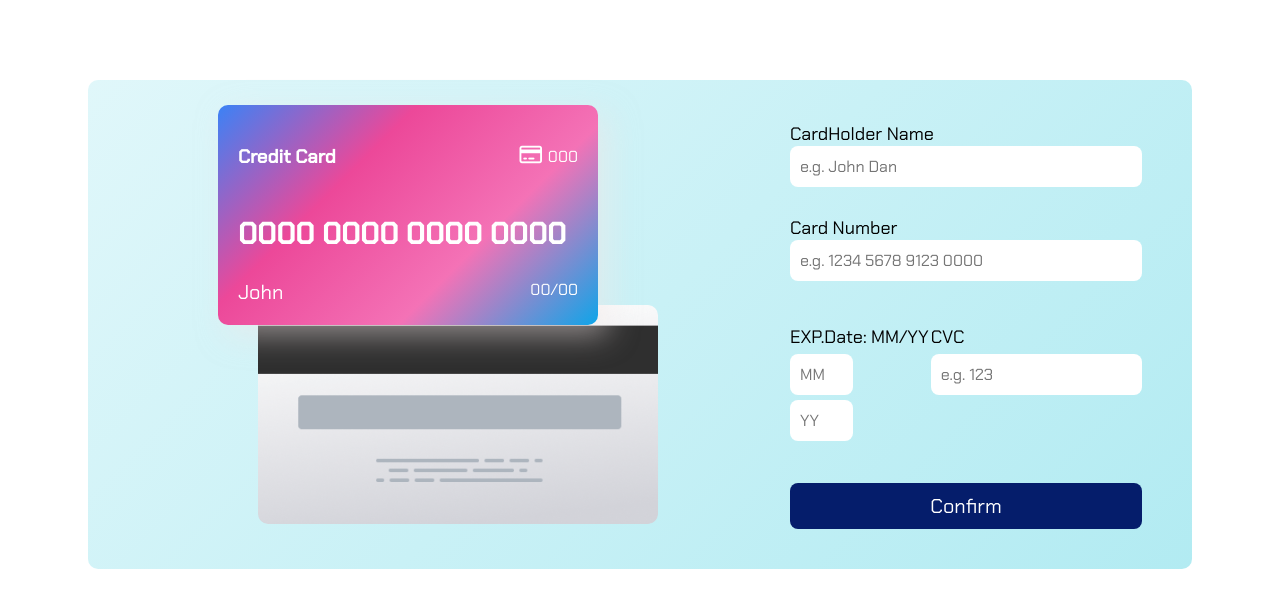
Repository: moehaymanmyint/Interactive-Card-Details-Form
Page: index.html
These files come from the project's save history. The page is drawn as it stood at one moment and after the next save; the edit follows.
The browser window is 1280 px wide. The pictures show the whole page.
Some web libraries are served in a nearby version.

Above is the page before, as saved 2024-10-18 22:23:58.

### index.html
<!DOCTYPE html>
<html lang="en">
<head>
    <meta charset="UTF-8">
    <meta name="viewport" content="width=device-width, initial-scale=1.0">
    <title>Interactive Card Details Form</title>
    <link rel="stylesheet" href="style.css">
    <link rel="stylesheet" href="https://cdnjs.cloudflare.com/ajax/libs/font-awesome/6.6.0/css/all.min.css" />
</head>
<body>
    <div class="container">
    <!-- Left Side -->
    <div class="left-container">
        <div class="front-card">
            <div class="header">
                <h3>Credit Card</h3>
                <div>
                    <i class="fa-regular fa-credit-card"></i>
                    <span style="margin-left: 2px;" class="cnv">000</span>
                </div>
            </div>
            <div class="number" style="text-align: justify; " >0000 0000 0000 0000</div>
            <div class="" style="display: flex; justify-content: space-between;">
                <span class="name">John</span>
                <span class="date">
                    <span class="date">00/00</span>
                </span>
            </div>
        </div>


        <div class="back-card">
            <img src="./img/bg-card-back.png" alt="">
        </div>
    </div>

    <!-- Right Side -->
    <div class="right-container">
        <form action="">
            <div class="card-name">
                <label for="">CardHolder Name</label><br>
                <input type="text" placeholder="e.g. John Dan" class="card-input" id="name-input">
                <span class="name-error">Required</span>
            </div>
            <div class="card-number">
                <label for="">Card Number</label><br>
                <input type="text" placeholder="e.g. 1234 5678 9123 0000" class="card-input" id="number-input" maxlength="16">
                <span class="number-error">Required</span>
            </div>
            <div class="card-info">
                <div class="" style="width: 40%;">
                    <label for="">EXP.Date: MM/YY</label><br>
                    <input type="text" placeholder="MM" class="card-date" id="month-input" maxlength="2">
                    <input type="text" placeholder="YY" class="card-date" id="year-input" maxlength="4">
                    <span class="date-error">Required</span>
                </div>
                <div class="cvc" style="width: 60%;">
                    <label for="">CVC</label><br>
                    <input type="text" placeholder="e.g. 123" class="card-cvc" maxlength="3" id="cnv-input">
                    <span class="cnv-error">Required</span>
                </div>
            </div>

            <div class="btn">
                <input type="submit" value="Confirm" class="confirm-btn">
            </div>
        </form>
    </div>
    </div>
</body>
<script src="app.js"></script>
</html>

### style.css
@import url('https://fonts.googleapis.com/css2?family=Chakra+Petch:wght@300;400;500&display=swap');

body{
    font-family: "Chakra Petch", sans-serif;
}
.container{
    display: flex;
    justify-content: center;
    margin: 80px;
    background: linear-gradient(135deg, #e0f7fa, #b2ebf2);
    border-radius: 10px;
}

.left-container,
.right-container {
    margin: 20px 50px;
    width: 50%;
}

.right-container{
    display: flex;
    align-items: center;
    font-size: 20px;
}

.front-card{
    background: linear-gradient(135deg, #3b82f6, #ec4899, #f472b6, #0ea5e9);
    box-shadow: 10px 10px 30px rgba(242, 230, 230, 0.5);
    color: white;
    padding: 20px;
    border-radius: 10px;
    height: 180px;
    width: 340px;
    margin: 5px 80px;
    display: flex;
    flex-direction: column;
    justify-content: space-between;
    z-index: 1;
    position: relative;
}

.header{
    display: flex;
    justify-content: space-between;
    align-items: center;
}

.header i{
    font-size: 20px;
}

.front-card .number{
    font-size: 30px;
    font-weight: bold;
}

.front-card .name{
    font-size: 20px;
}

.back-card img{
    width: 400px;
    margin: 20px 40px;
    margin-top: -25px;
    border-radius: 10px;
    margin-left: 120px;
    z-index: 0;
    position: relative;
}

.right-container div{
    margin: 15px 0;
}

.card-input {
    width: 100%;
    border: none;
    padding: 10px;
    border-radius: 8px;
    box-sizing: border-box;
}

.card-date {
    width: 45%;
    margin-top: 5px;
    margin-right: 5px;
    border: none;
    padding: 10px;
    border-radius: 8px;
    box-sizing: border-box;
}

.card-cvc {
    width: 100%;
    margin-top: 5px;
    border: none;
    padding: 10px;
    border-radius: 8px;
    box-sizing: border-box;
}

.confirm-btn {
    width: 100%;
    padding: 10px;
    border-radius: 8px;
    border: none;
    background-color: rgb(5, 29, 107);
    font-size: 20px;
    color: white;
    cursor: pointer;
}

.card-info {
    display: flex;
    justify-content: space-evenly;
}

label{
    font-size: 18px;
}
input{
    transition: 0.5s;
    font-size: 16px;
    font-family: "Chakra Petch", sans-serif;
}
input:focus{
    outline: none;
    box-shadow: 10px 10px 15px rgba(3, 19, 68, 0.3);
}

.card-name,
.card-number,
.card-info{
    padding-bottom: 12px;
}

.name-error,
.number-error,
.date-error,
.cnv-error{
    color: red;
    display: none;
    font-size: 15px;
}

### app.js
let cardName = document.querySelector(".name");
let cardNumber = document.querySelector(".number");
let cardDate = document.querySelector(".date");
let cardCNV = document.querySelector(".cnv");

let name = document.querySelector("#name-input");
let number = document.querySelector("#number-input");
let year = document.querySelector("#year-input");
let month = document.querySelector("#month-input");
let cnv = document.querySelector("#cnv-input")

let nameError = document.querySelector(".name-error");
let numberError = document.querySelector(".number-error");
let dateError = document.querySelector(".date-error");
let cnvError = document.querySelector(".cnv-error");

function getData(event) {
    event.preventDefault();
    let validAll = true;
    nameError.style.display = "none";
    numberError.style.display = "none";
    dateError.style.display = "none";
    cnvError.style.display = "none";

    // Validate name
    if (name.value.trim() === "") {
        nameError.style.display = "inline";
        validAll = false;
    }

    // Validate card number
    if (number.value === "") {
        numberError.style.display = "inline";
        validAll = false;
    } else if (isNaN(Number(number.value)) || number.value.length !== 16) {
        numberError.style.display = "inline";
        numberError.innerHTML = "Enter a valid 16-digit number";
        validAll = false;
    }

    // Validate month and year
    let current = new Date();
    let currentYear = current.getFullYear()
    if (month.value === "" || year.value === "") {
        dateError.style.display = "inline";
        validAll = false;
    }else if(month.value < 1 || month.value > 12 || isNaN(Number(month.value)) || isNaN(Number(year.value)) || year.value > currentYear){
        dateError.style.display = "inline";
        dateError.innerHTML = "Enter Correct Date*";
        validAll = false;
    }

    // Validate CNV
    if(cnv.value === ""){
        cnvError.style.display = "inline";
        validAll = false;
    } else if (isNaN(Number(cnv.value))) {
        cnvError.style.display = "inline";
        cnvError.innerHTML = "Enter a number";
        validAll = false;
    }

    if (validAll) {
        cardName.innerHTML = name.value;
        formatNumber = ""
        for(let i = 0; i < number.value.length; i++){
            if (i % 4 === 0) {
                formatNumber += ' ';
            }
            formatNumber += number.value[i];
        }
        cardNumber.innerHTML = formatNumber;

        if(month.value.length < 2){
            cardDate.innerHTML = "0" + month.value + "/" + year.value;
        } else {
            cardDate.innerHTML = month.value + "/" + year.value;
        }

        cardCNV.innerHTML = cnv.value;
    }
}

let confirmBtn = document.querySelector(".confirm-btn");
confirmBtn.addEventListener("click", getData);

After the next save:
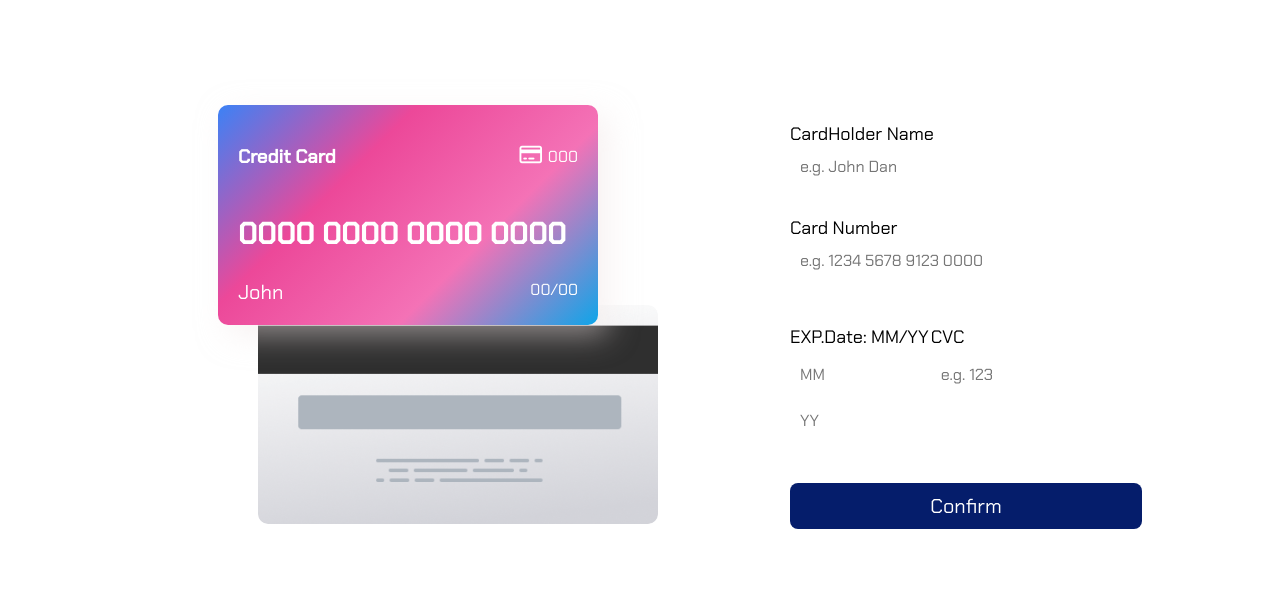
Saved 22 s later.
--- a/style.css
+++ b/style.css
@@ -7,7 +7,7 @@
     display: flex;
     justify-content: center;
     margin: 80px;
-    background: linear-gradient(135deg, #e0f7fa, #b2ebf2);
+    background: linear-gradient(135deg, #e0f7fa, #b2ebf2, 0.5);
     border-radius: 10px;
 }
 

After the 2 saves that followed:
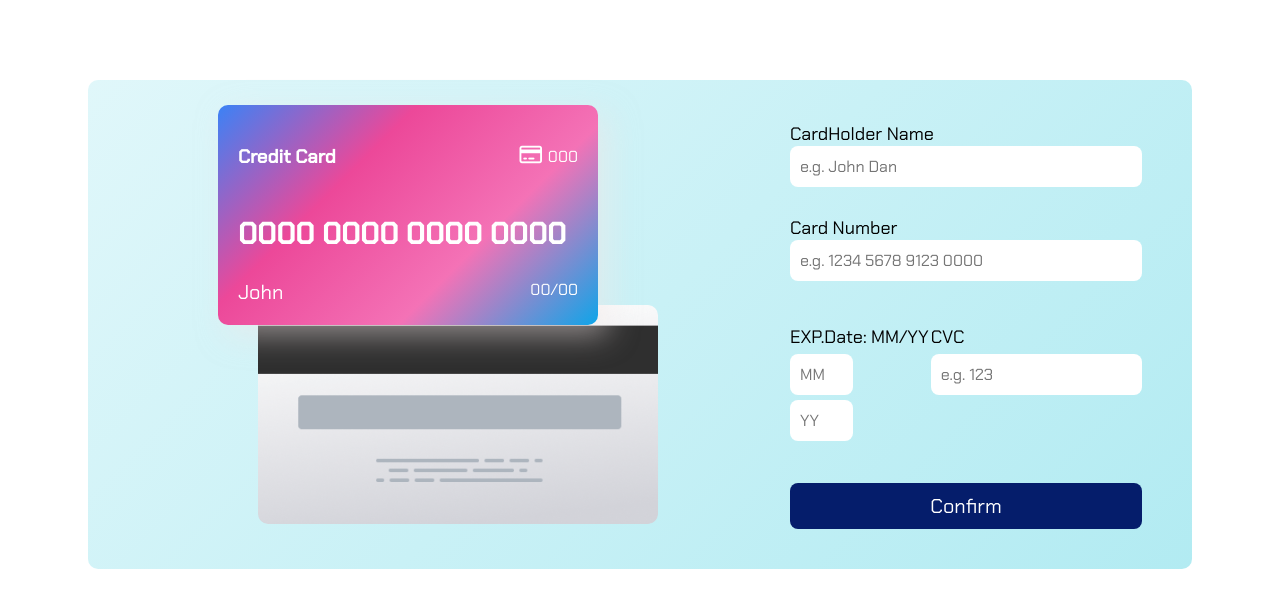
The 2 saves are shown as one change because 1 left the picture as it was.
The last was saved 11 s later.
--- a/style.css
+++ b/style.css
@@ -7,7 +7,7 @@
     display: flex;
     justify-content: center;
     margin: 80px;
-    background: linear-gradient(135deg, #e0f7fa, #b2ebf2, 0.5);
+    background: linear-gradient(135deg, #e0f7fa, #b2ebf2);
     border-radius: 10px;
 }
 
